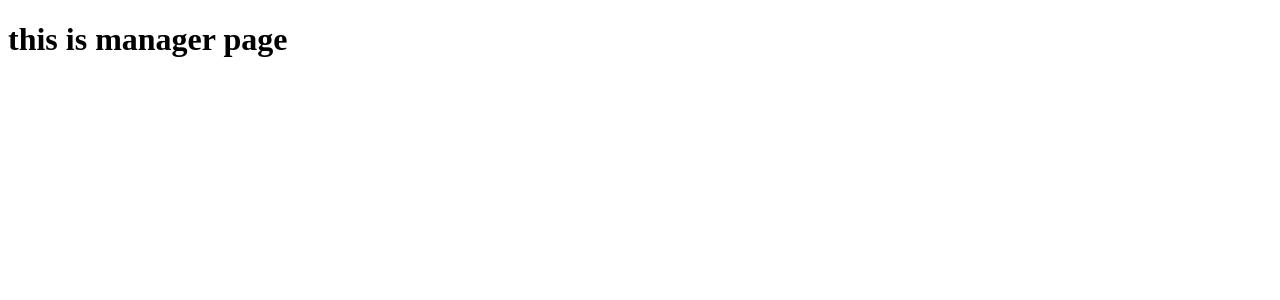
Repository: Jeevith-U/Advance-Java
Page: http://localhost/Food_App/manager.jsp
An editor plug-in stored every save of this project. The page is shown before and after the next save, followed by the edit.
The browser window is 1280 px wide. The pictures show the whole page.
The page is served by Tomcat 9.

Above is the page before, as saved 2023-08-22 10:59:47.

After the next save:
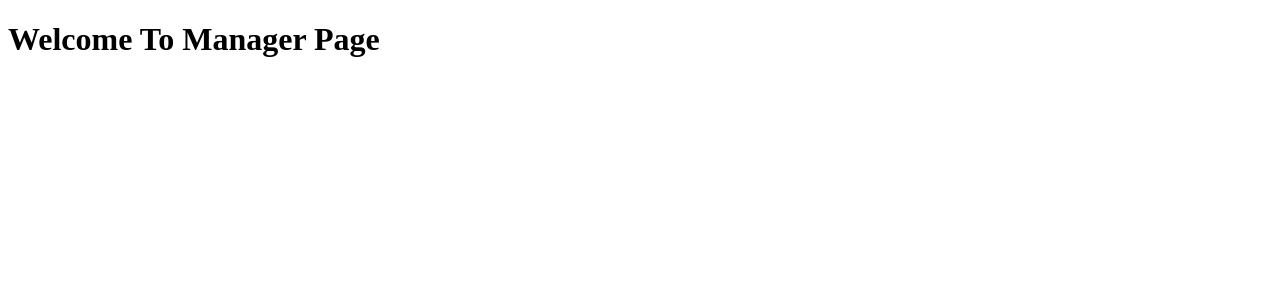
Saved 2 min 55 s later.
--- a/Projects/Food_App/src/main/webapp/manager.jsp
+++ b/Projects/Food_App/src/main/webapp/manager.jsp
@@ -6,7 +6,7 @@
 <meta charset="ISO-8859-1">
 <title>Insert title here</title>
 </head>
-<h1>this is manager page</h1>
+<h1>Welcome To Manager Page</h1>
 <body>
 </body>
 </html>
